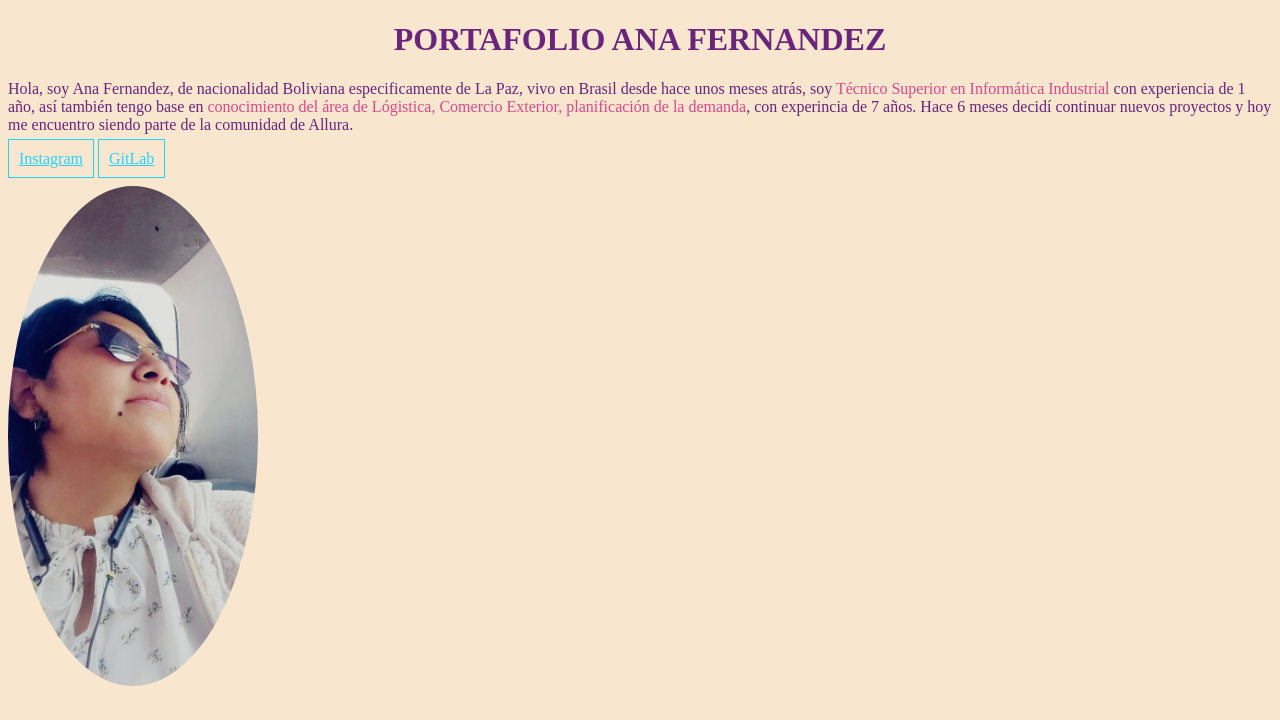
Repository: AnaFzCz/PROYECTOS-HTML---CSS2
Page: Portafolio/index.html
The author's editor kept a copy of each file at every save. The page is drawn from the files as they stood at one save, then again after the next save.
The browser window is 1280 px wide. The pictures show the whole page.

Above is the page before, as saved 2025-01-23 07:00:34.

### Portafolio/index.html
<!DOCTYPE html>
<html lang="en">
<head>
    <meta charset="UTF-8">
    <meta http-equiv="X-UA-Compatible" content="IE=edge">
    <meta name="viewport" content="width=device-width, initial-scale=1.0">
    <title>Portafolio</title>
    <link rel="stylesheet" href="style.css">
</head>
<body>
    <header>

    </header>
    <main>
        <h1 style="text-align: center;">PORTAFOLIO ANA FERNANDEZ</h1>
        <p>Hola, soy Ana Fernandez, de nacionalidad Boliviana especificamente de La Paz, vivo en Brasil desde hace unos meses atrás, soy <span>Técnico Superior en Informática Industrial</span> con experiencia de 1 año, así también tengo base en <span>conocimiento del área de Lógistica, Comercio Exterior, planificación de la demanda</span>, con experincia de 7 años. Hace 6 meses decidí continuar nuevos proyectos y hoy me encuentro siendo parte de la comunidad de Allura.</p>
            <div >
        <a href="https://instagram.com/anafzcz">Instagram</a>
        <a href="https://github.com/AnaFzCz">GitLab</a>
        <br>
        <br>
        <img src="mindfullness.jpg" alt="myself" style="width:250px;height: 500px;">
        </div>
    </main>
    <footer></footer>
</body>
</html>

### Portafolio/style.css
body{
   background-color: #F9E6CF;
   color:#69247C;
    font-family: "papyrus";
}

span{
    color:#DA498D;
}

a{
    color: #22D4FD;

    border: 1px solid #22D4FD;
    padding: 10px;
    text-align: center;
}

h1 {
   align-content: center;
}
img {
    border-radius: 50%;
  }
/*
button {
    background-color: green;
    color: white;

}
footer {
    background-color: gray;
    color: white;

}
a {
    color: DodgerBlue;

}*/

After the next save:
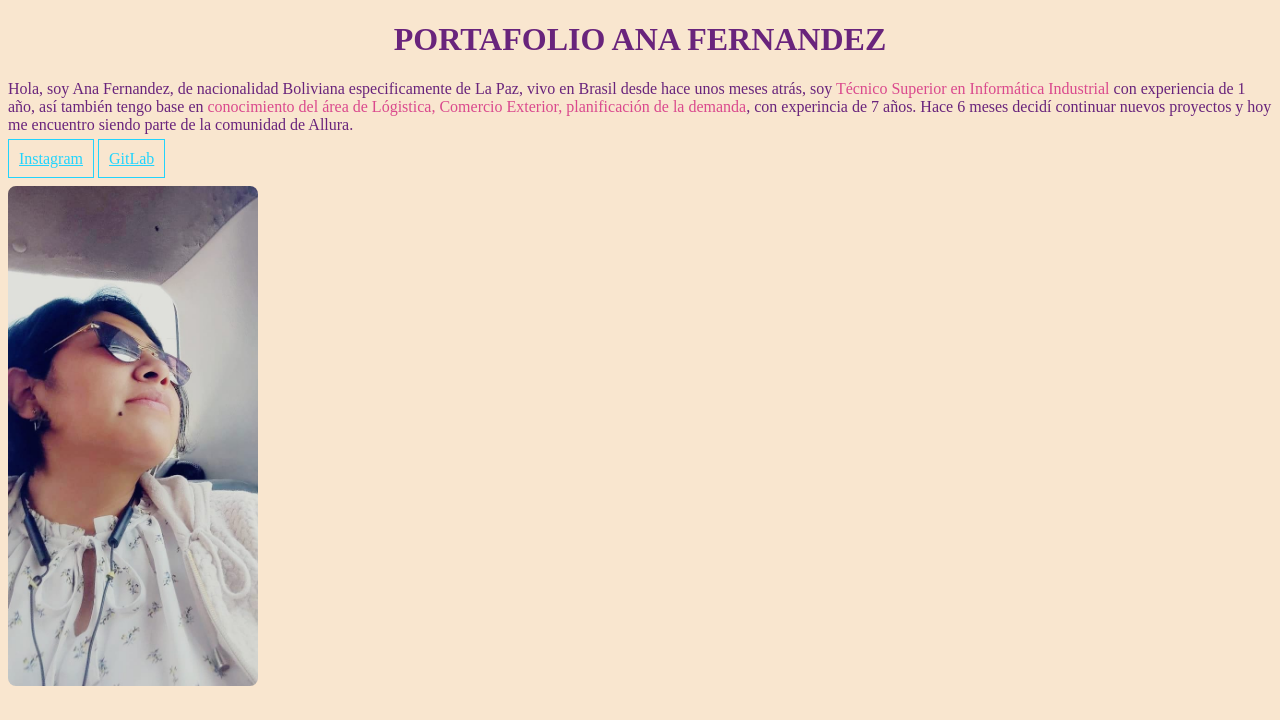
Saved 20 s later.
--- a/Portafolio/style.css
+++ b/Portafolio/style.css
@@ -20,7 +20,7 @@ h1 {
    align-content: center;
 }
 img {
-    border-radius: 50%;
+    border-radius: 8px;
   }
 /*
 button {
